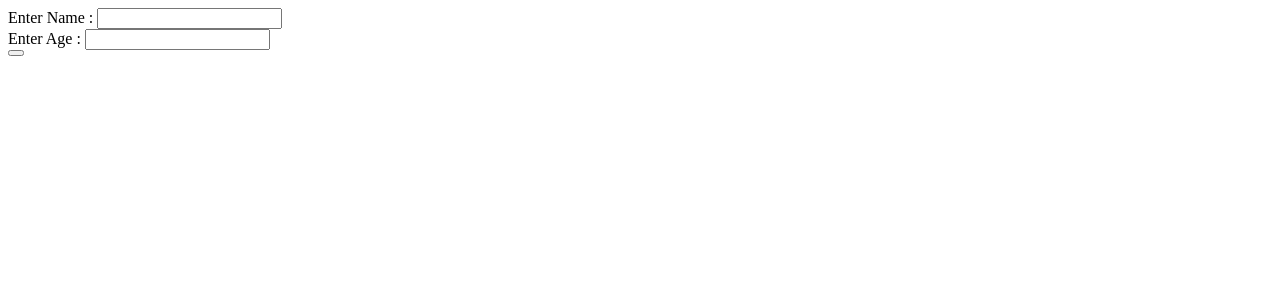
Repository: shafraz17/Servlet
Page: http://localhost/SemLab4/register.jsp
An editor plug-in stored every save of this project. The page is shown before and after the next save, followed by the edit.
The browser window is 1280 px wide. The pictures show the whole page.
The page is served by Tomcat 9.

Above is the page before, as saved 2019-01-19 04:49:33.

After the next save:
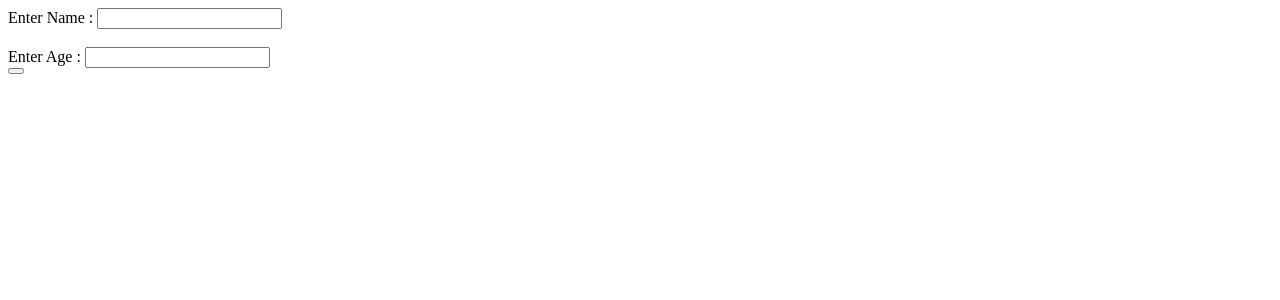
Saved 38 s later.
--- a/JSP LAB/SemLab4/WebContent/register.jsp
+++ b/JSP LAB/SemLab4/WebContent/register.jsp
@@ -8,7 +8,7 @@
 </head>
 <body>
 	<form>
-		Enter Name : <input type="text"><br>
+		Enter Name : <input type="text"><br><br>
 		Enter Age  : <input type="text"><br>
 
 		<button type="submit" name="Submit"></button>
